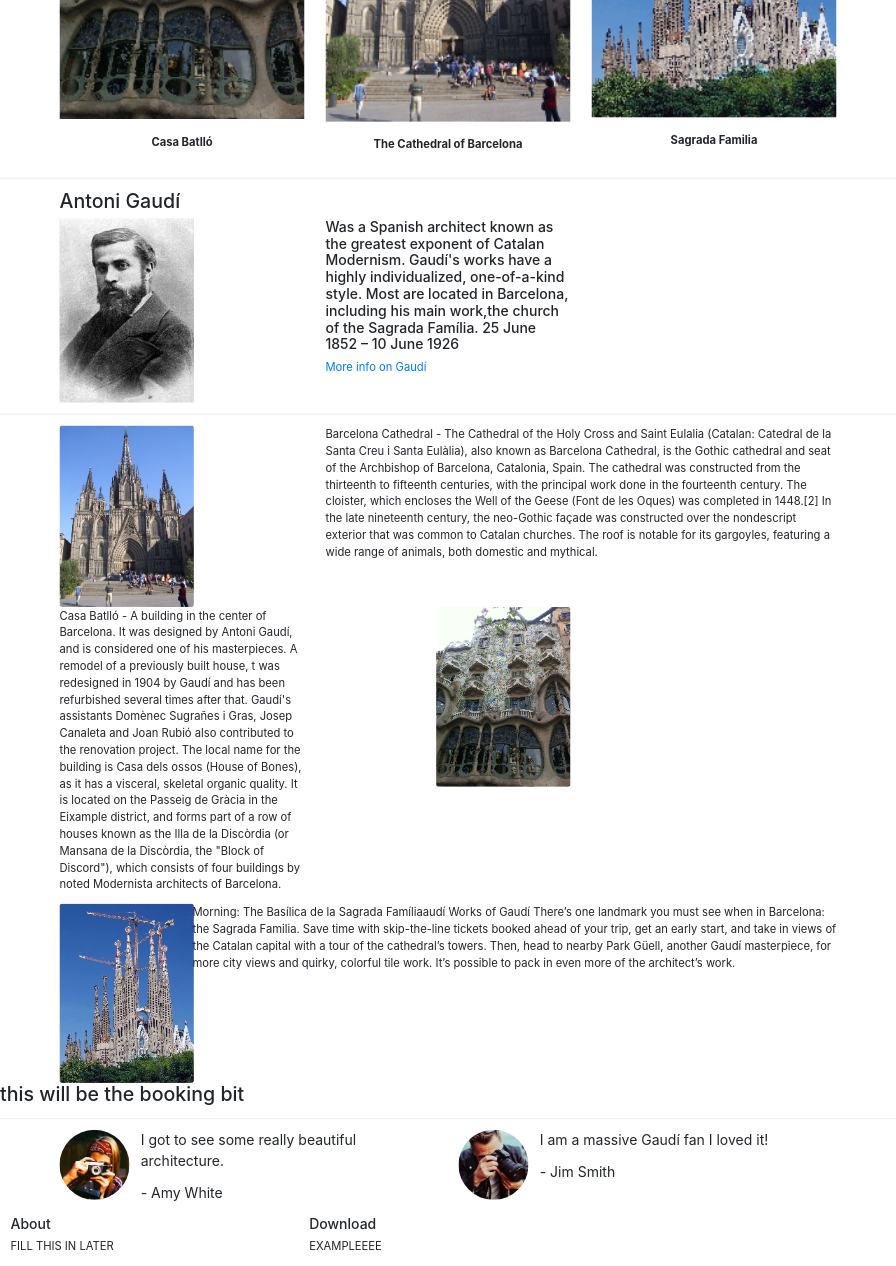
Repository: Taitdanielle/Milestone1
Page: index.html
The author's editor kept a record of every edit. The page is drawn from the files as they stood at one moment, then again after the next edit.
The browser window is 1280 px wide. The pictures show the part of the page from y = 710 to 2630 px (the page is 2518 px tall before and 2630 px after), at 70% of full size.

Above is the page before.

### index.html
<!DOCTYPE html>
<html lang="en">

<head>
    <title>Gaudí in a day!</title>
    <meta charset="UTF-8">
    <meta name="viewport" content="width=device-width, initial-scale=1.0">
    <meta http-equiv="X-UA-Compatible" content="ie=edge">
    <link href="https://fonts.googleapis.com/css?family=Lato&display=swap" rel="stylesheet">
    <link rel="stylesheet" href="https://stackpath.bootstrapcdn.com/bootstrap/4.3.1/css/bootstrap.min.css" integrity="sha384-ggOyR0iXCbMQv3Xipma34MD+dH/1fQ784/j6cY/iJTQUOhcWr7x9JvoRxT2MZw1T" crossorigin="anonymous">
    <link rel="stylesheet" href="css/style.css" type="text/css" />
</head>

<body>

    <!-- nav -->

    <nav class="navbar navbar-expand-lg navbar-light bg-light">
        <a class="navbar-brand">Gaudí in a Day</a>
        <button class="navbar-toggler" type="button" data-toggle="collapse" data-target="#navbarNavDropdown" aria-controls="navbarNavDropdown" aria-expanded="false" aria-label="Toggle navigation">
    <span class="navbar-toggler-icon"></span>
  </button>
        <div class="collapse navbar-collapse" id="navbarNavDropdown">
            <ul class="navbar-nav">
                <li class="nav-item active">
                    <a class="nav-link" href="#">Home <span class="sr-only">(current)</span></a>
                </li>
                <li class="nav-item">
                    <a class="nav-link" href="#about">About</a>
                </li>
                <li class="nav-item">
                    <a class="nav-link" href="#review">Reviews</a>
                </li>
                </li>
            </ul>
        </div>
    </nav>
    <!-- nav -->

    <div class="container">
        <h1>Gaudí in a Day</h1>
        <h3>There are landmark's you must see when in Barcelona and for Gaudí fans this is the right place to be!</h3>
    </div>

    <hr class="block-divider block-divider--short">

    <div class="container text-center">
        <h2> How to do Gaudí in a day?</h2>
        <p> For Gaudí fans this is the right place to be Save time with skip-the-line tickets booked ahead of your trip, get an early start, and take in views Catalan capital with a tour of the cathedral’s towers. Then, head to nearby Park Güell, another
            Gaudí masterpiece, for more city views and quirky, colorful tile work. It’s possible to pack in even more of the architect’s work with a Gaudí-themed tour that includes entrance to both Sagrada Familia and Park Güell, plus a walk down Passeig
            de Gracia to see Casa Batlló and La Pedrera from the outside. Have a look of some of the famous buildings below! </p>
    </div>
    <hr class="block-divider block-divider--short">
    <!-- image cards -->

    <div class="container">
        <div class="row">
            <div class="col-md-4">
                <div class="card-class">
                    <a href="#card1">
                    <img src="images/gaudi2.jpg" class="card-img-top" alt="Casa Battlo Building"></a>
                    <div class="card-body">
                        <p class="card-text text-center"> <b>Casa Batlló</b></p>
                    </div>
                </div>
            </div>

            <div class="col-md-4">
                <div class="card-class">
                    <a href="#card2">
                    <img src="images/Sta-eulalia.jpg" class="card-img-top" alt="The Cathedral of Barcelona"></a>
                    <div class="card-body">
                        <p class="card-text text-center"> <b>The Cathedral of Barcelona</b></p>
                    </div>
                </div>
            </div>

            <div class="col-md-4">
                <div class="card-class">
                    <a href="#card3">
                    <img src="images/sagrada-familia.jpg" class="card-img-top" alt="sagrada familia"></a>
                    <div class="card-body">
                        <p class="card-text text-center"><b>Sagrada Familia</b>
                        </p>
                    </div>
                </div>
            </div>
        </div>
    </div>
    <!-- Gaudi info -->
    <hr class="block-divider block-divider--short">
    <div class="container">
        <div class="row">
            <div class="col-md-12 title-heading-conatainer">
                <h3>Antoni Gaudí </h3>
            </div>
            <div class="col-md-4" id="about">
                <img src="images/gaudi.jpg">
            </div>
            <div class="col-md-4" "text-center">
                <h5>Was a Spanish architect known as the greatest exponent of Catalan Modernism. Gaudí's works have a highly individualized, one-of-a-kind style. Most are located in Barcelona, including his main work,the church of the Sagrada Família. 25
                    June 1852 – 10 June 1926 </h5>
                <a href="https://en.wikipedia.org/wiki/Antoni_Gaud%C3%AD" target="_blank">More info on Gaudí</a>
            </div>
        </div>
    </div>
    <hr class="block-divider block-divider--short">
    <!-- Gaudi info End -->

    <!-- image info -->

    <div class="container">
        <div class="row">
            <div class="col-md-4">
                <img src="images/Sta-eulalia.jpg" class="rounded float-left" alt="barrigotic building"></a>
            </div>
            <div class="col-md-8" id="card2">
                <p class="par-padding-left">Barcelona Cathedral - The Cathedral of the Holy Cross and Saint Eulalia (Catalan: Catedral de la Santa Creu i Santa Eulàlia), also known as Barcelona Cathedral, is the Gothic cathedral and seat of the Archbishop of Barcelona, Catalonia,
                    Spain. The cathedral was constructed from the thirteenth to fifteenth centuries, with the principal work done in the fourteenth century. The cloister, which encloses the Well of the Geese (Font de les Oques) was completed in 1448.[2]
                    In the late nineteenth century, the neo-Gothic façade was constructed over the nondescript exterior that was common to Catalan churches. The roof is notable for its gargoyles, featuring a wide range of animals, both domestic and mythical.
                </p>
            </div>
        </div>
    </div>

    <div class="container">
        <div class="row">
            <div class="col-md-4">
                <p class="par-padding-right" id="card1"> Casa Batlló - A building in the center of Barcelona. It was designed by Antoni Gaudí, and is considered one of his masterpieces. A remodel of a previously built house, t was redesigned in 1904 by Gaudí and has been refurbished several
                    times after that. Gaudí's assistants Domènec Sugrañes i Gras, Josep Canaleta and Joan Rubió also contributed to the renovation project. The local name for the building is Casa dels ossos (House of Bones), as it has a visceral, skeletal
                    organic quality. It is located on the Passeig de Gràcia in the Eixample district, and forms part of a row of houses known as the Illa de la Discòrdia (or Mansana de la Discòrdia, the "Block of Discord"), which consists of four buildings
                    by noted Modernista architects of Barcelona.</p>
            </div>
            <div class="col-md-4">
                <img src="images/gaudi2.jpg" class="rounded float-right" alt="Building">
            </div>
        </div>
    </div>

    <div class="container">
        <div class="row">
            <div class="col-md-2" id="card3">
                <img src="images/sagrada-familia.jpg" class="rounded float-left" alt=building>
            </div>
            <div class="col-md-10">
                <p class="par-padding-left">Morning: The Basílica de la Sagrada Famíliaaudí Works of Gaudí There’s one landmark you must see when in Barcelona: the Sagrada Familia. Save time with skip-the-line tickets booked ahead of your trip, get an early start, and take in views
                    of the Catalan capital with a tour of the cathedral’s towers. Then, head to nearby Park Güell, another Gaudí masterpiece, for more city views and quirky, colorful tile work. It’s possible to pack in even more of the architect’s work.</p>
            </div>
        </div>
    </div>


    <h3> this will be the booking bit</h3>
    <!-- Reviews -->

    </section>
    </div>
    </div>
    <!-- /.callout -->
    </div>
    <hr class="block-divider block-divider--short">
    <!-- Quotes -->
    <div class="container-wrapper">
        <div class="container quotes-container content-container">
            <section class="quotes">
                <div class="row">
                    <div class="col-12 page-header">
                    </div>
                </div>
                <div class="row">
                    <div class="col-12 col-md-6" id="review">
                        <div class="media">
                            <div class="d-none d-sm-block">
                                <img src="images/girl.jpg" class="rounded-circle mr-3" height=100 width=100>
                            </div>
                            <div class="media-body">
                                <blockquote class="blockquote">
                                    <p>I got to see some really beautiful architecture.</p>
                                    <p>- Amy White</p>
                                </blockquote>
                            </div>
                        </div>
                    </div>
                    <div class="col-12 col-md-6" id="review">
                        <div class="media">
                            <div class="d-none d-sm-block">
                                <img src="images/man.jpg" class="rounded-circle mr-3" height=100 width=100>
                            </div>
                            <div class="media-body">
                                <blockquote class="blockquote">
                                    <p>I am a massive Gaudí fan I loved it!</p>
                                    <p>- Jim Smith</p>
                                </blockquote>
                            </div>
                        </div>
                    </div>
                </div>
        </div>
    </div>
    </section>

    <!-- Reviews end -->

    <!-- footer -->

    <footer class="container-fluid">
        <div id="footer-details" class="row">
            <div class="col-sm-4">
                <h5 class="uppercase general-sub">About</h5>
                <p class="inline-block">
                    FILL THIS IN LATER
                </p>
            </div>
            <div class="col-sm-4">
                <h5 class="uppercase general-sub">Download</h5>
                <p class="inline-block">
                    EXAMPLEEEE
                    <a href="assets/cv/sample-cv.pdf" target="_blank" class="cv-pdf">
                        <i class="fa fa-download" aria-hidden="true"></i>
                        <span class="sr-only">Download link.</span>
                    </a>
                </p>
            </div>
            </a>
            </li>
            </ul>
        </div>
        </div>
    </footer>
</body>

</html>

### css/style.css
container {
    background-color: #FBEAFF;
}

After the next edit:
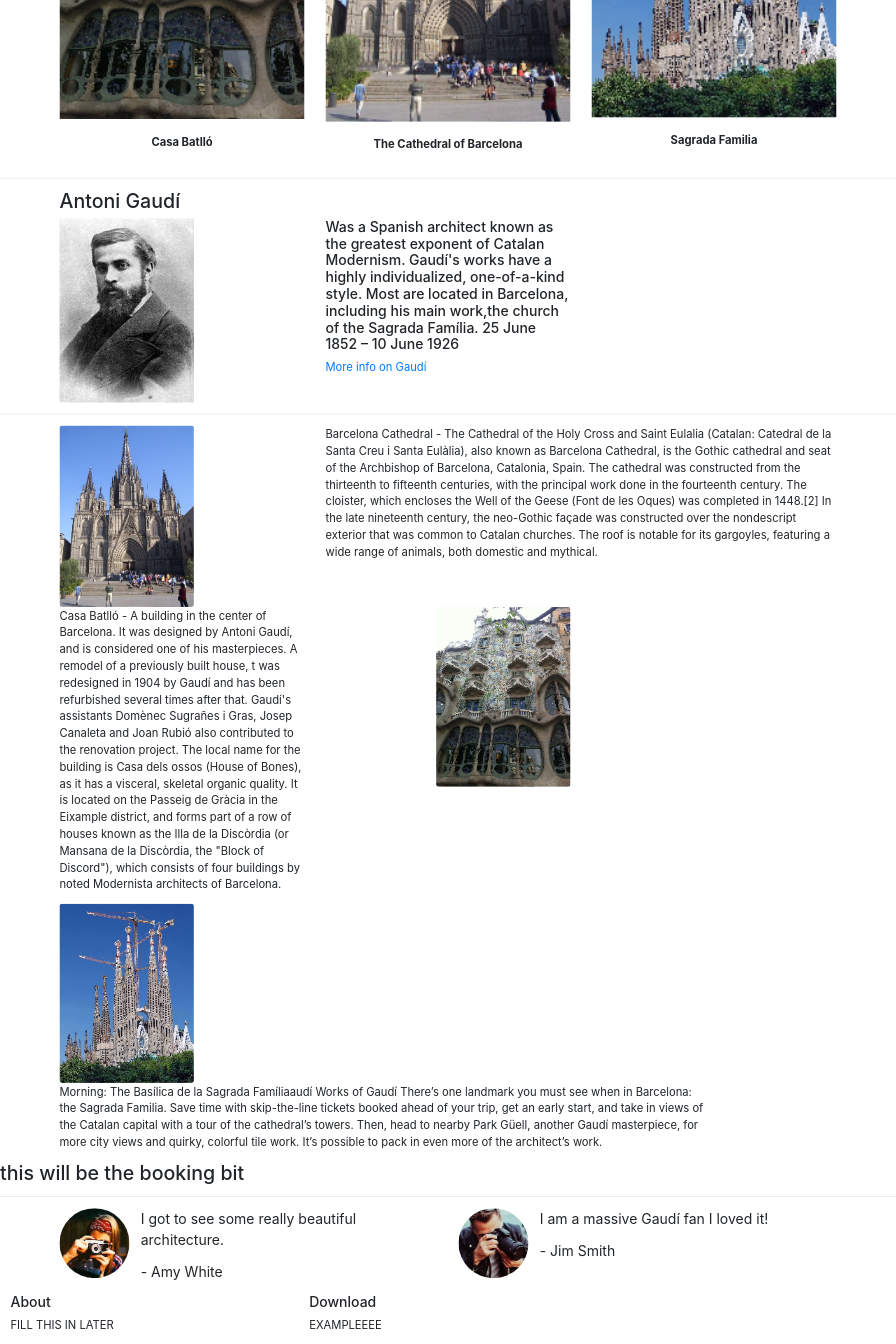
The edit:
--- a/index.html
+++ b/index.html
@@ -139,7 +139,7 @@
 
     <div class="container">
         <div class="row">
-            <div class="col-md-2" id="card3">
+            <div class="col-md-4" id="card3">
                 <img src="images/sagrada-familia.jpg" class="rounded float-left" alt=building>
             </div>
             <div class="col-md-10">
